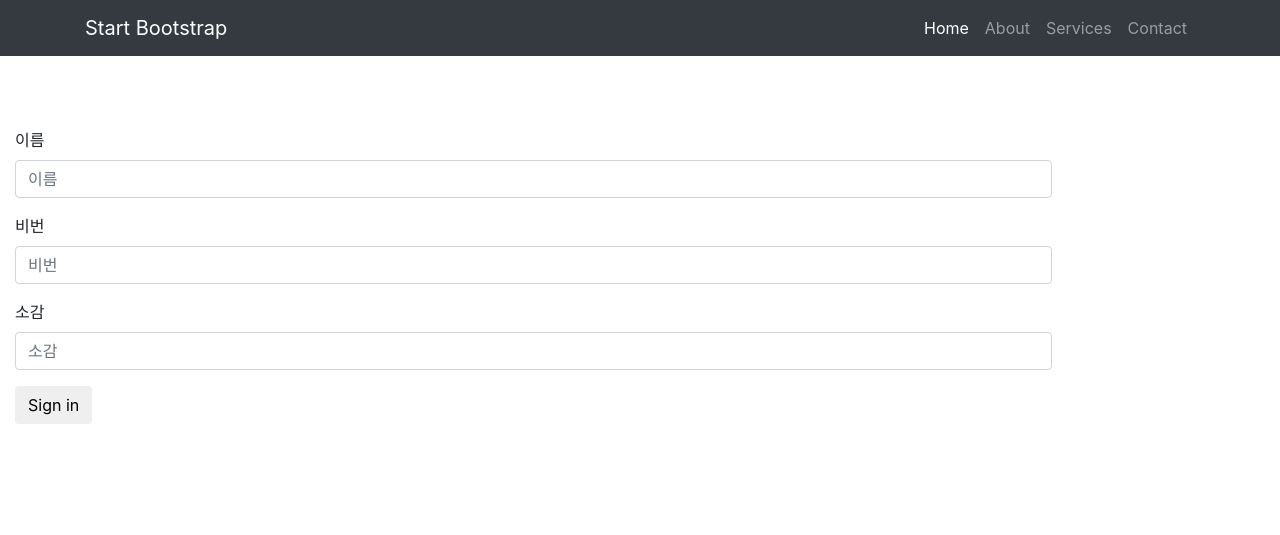
Repository: lukawitch/DB_Homework
Page: http://localhost/DB_Gallary/CwriteForm.jsp
The author's editor kept a copy of each file at every save. The page is drawn from the files as they stood at one save, then again after the next save.
The browser window is 1280 px wide. The pictures show the whole page.
The page is served by Tomcat 9.

Above is the page before, as saved 2018-06-10 05:13:03.

After the next save:
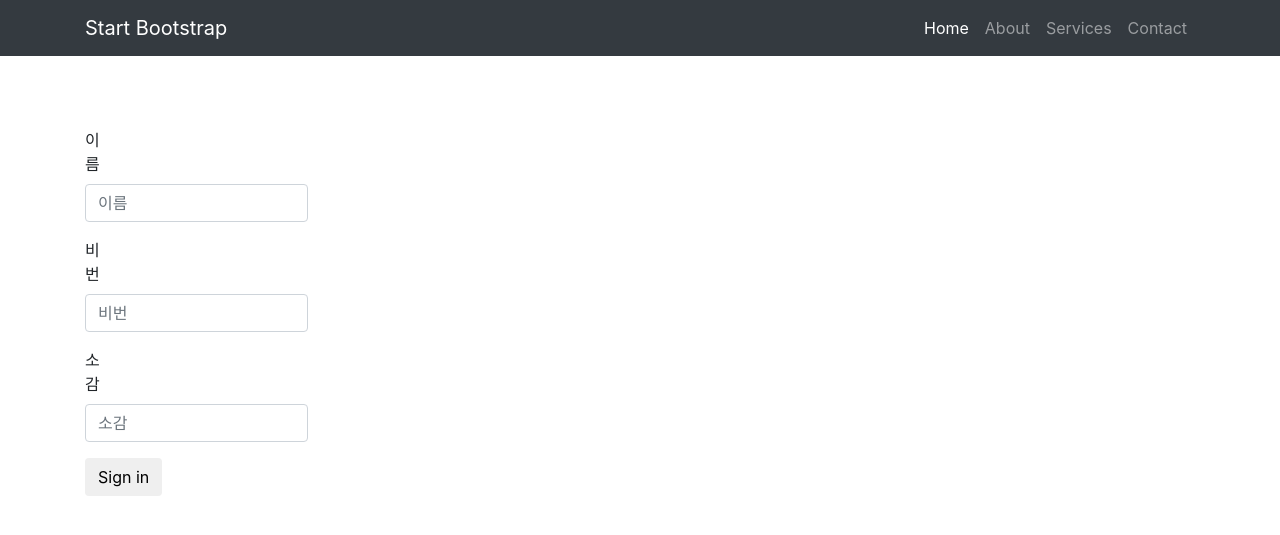
Saved 19 min 43 s later.
--- a/DB_Gallary/WebContent/CwriteForm.jsp
+++ b/DB_Gallary/WebContent/CwriteForm.jsp
@@ -7,9 +7,13 @@
 </head>
 <body>
  <%@include file="nav.jsp"%>
- <br>
- <br>
- <br>
+
+ <div class="container">
+      <br>
+   <br>
+   <br>
+
+      <div class="row">
 <form class="form-horizontal" action="Cwrite.jsp" method="post">
   <div class="form-group">
     <label for="inputEmail3" class="col-sm-2 control-label">이름</label>
@@ -36,6 +40,8 @@
     </div>
   </div>
 </form>
+</div>
+</div>
   <%@include file="footer.jsp"%>
 </body>
 </html>
